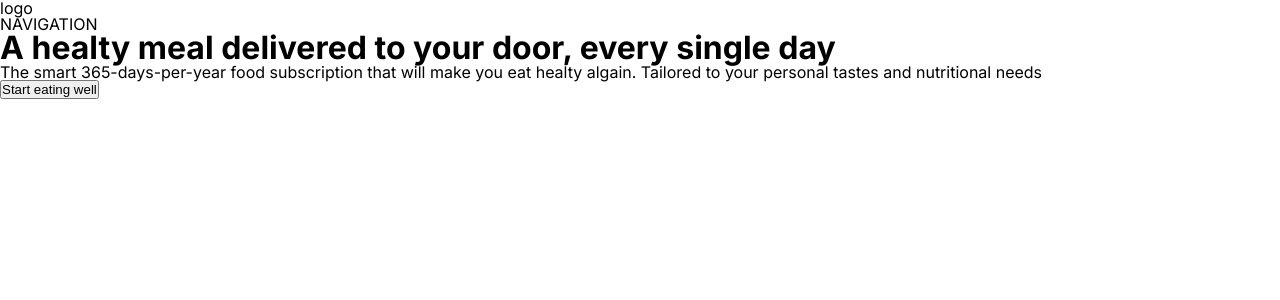
Repository: Ahmed123rezk123/06-Components
Page: hero.html
An editor plug-in stored every save of this project. The page is shown before and after the next save, followed by the edit.
The browser window is 1280 px wide. The pictures show the whole page.

Above is the page before, as saved 2024-09-16 15:44:40.

### hero.html
<!DOCTYPE html>
<html lang="en">
  <head>
    <meta charset="UTF-8" />
    <meta name="viewport" content="width=device-width, initial-scale=1.0" />
    <link rel="preconnect" href="https://fonts.gstatic.com" />
    <link
      href="https://fonts.googleapis.com/css2?family=Inter:wght@400;500;700&display=swap"
      rel="stylesheet"
    />
    <style>
      * {
        margin: 0;
        padding: 0;
        box-sizing: border-box;
      }

      body {
        font-family: "Inter", sans-serif;
        /* color: #343a40;
        background-color: #f8f9fa; */
        line-height: 1;
      }
    </style>
    <title>Pagination</title>
  </head>
  <body>
    <header>
      <nav class="container">
        <div>logo</div>
        <div>NAVIGATION</div>
      </nav>
      <div class="header-container">
        <div class="header-container-inner">
          <h1>A healty meal delivered to your door, every single day</h1>
          <p>
            The smart 365-days-per-year food subscription that will make you eat
            healty algain. Tailored to your personal tastes and nutritional
            needs
          </p>
          <button class="btn">Start eating well</button>
        </div>
      </div>
    </header>
  </body>
</html>

After the next save:
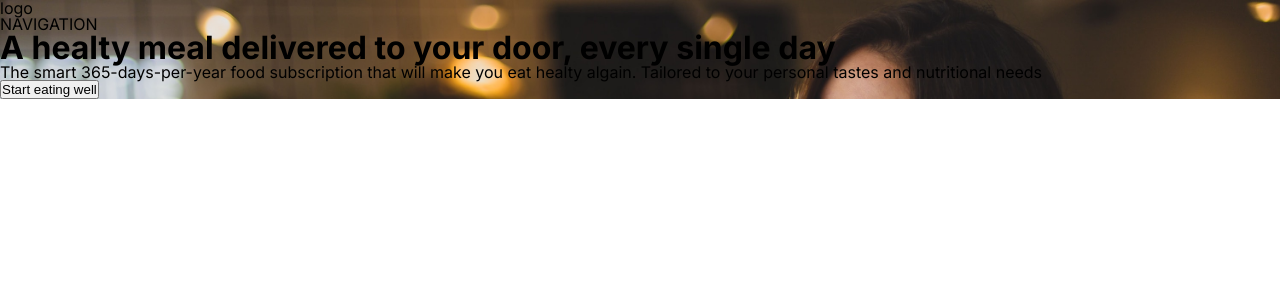
Saved 73 s later.
--- a/hero.html
+++ b/hero.html
@@ -20,6 +20,11 @@
         /* color: #343a40;
         background-color: #f8f9fa; */
         line-height: 1;
+      }
+      header {
+        background-image: url(/hero.jpg);
+        background-repeat: no-repeat;
+        background-size: cover;
       }
     </style>
     <title>Pagination</title>
